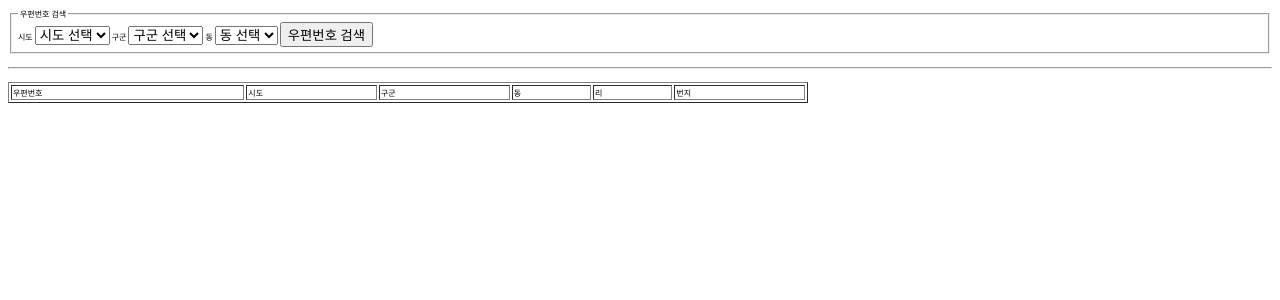
Repository: KYJIN1024/kic_jquery
Page: http://localhost/jQueryUIEx03/zipcode02.jsp
An editor plug-in stored every save of this project. The page is shown before and after the next save, followed by the edit.
The browser window is 1280 px wide. The pictures show the whole page.
Pictures or frames that could not be fetched are drawn as grey boxes. The page is served by Tomcat 9. Other server files are loaded and not shown.

Above is the page before, as saved 2023-05-17 05:41:18.

### jQueryUIEx03/src/main/webapp/zipcode02.jsp
<%@ page language="java" contentType="text/html; charset=UTF-8"
    pageEncoding="UTF-8"%>
<!DOCTYPE html>
<html>
<head>
<meta charset="UTF-8">
<title></title>
<link rel="stylesheet" href="./css/base/jquery-ui.css" />
<style>
	/* 사용자 스타일 */
	body { font-size: 50%; }
</style>

<script src="./js/jquery-3.7.0.js"> </script>
<script src="./js/jquery-ui.js"> </script>
<script>
	$( document ).ready( function(){

	});
</script>
</head>
<body>

<fieldset>
	<legend> 우편번호 검색 </legend>
	<label for="sido">시도</label>
	<select id="sido">
		<option disabled="disabled" selected="selected">시도 선택</option>
	</select>
	<label for="gugun">구군</label>
	<select id="gugun">
		<option disabled="disabled" selected="selected">구군 선택</option>
	</select>
	<label for="dong">동</label>
	<select id="dong">
		<option disabled="disabled" selected="selected">동 선택</option>
	</select>
	<button id="btn">우편번호 검색</button>
</fieldset>
<br /><hr /><br />
<div id="result">
<table border="1" width="800">
<tr>
	<td>우편번호</td>
	<td>시도</td>
	<td>구군</td>
	<td>동</td>
	<td>리</td>
	<td>번지</td>
</tr>
</table>
</div>

</body>
</html>

Loaded but not shown: jQueryUIEx03/src/main/webapp/css/base/jquery-ui.css (library); jQueryUIEx03/src/main/webapp/js/jquery-3.7.0.js (library); jQueryUIEx03/src/main/webapp/js/jquery-ui.js (library)

After the next save:
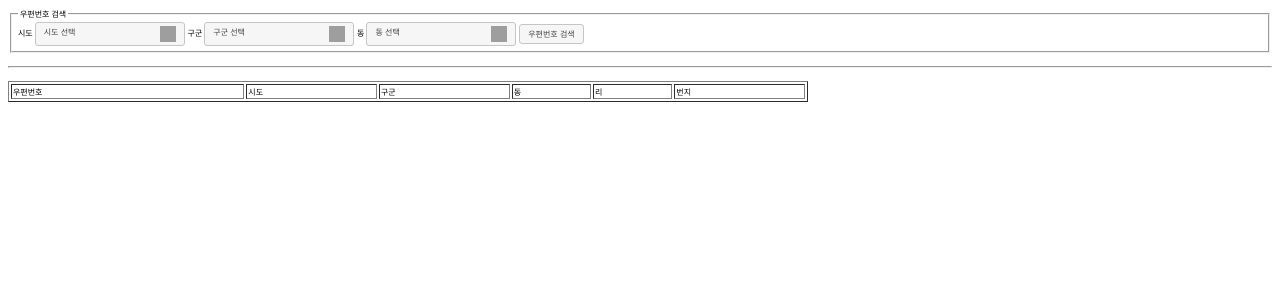
Saved 96 s later.
--- a/jQueryUIEx03/src/main/webapp/zipcode02.jsp
+++ b/jQueryUIEx03/src/main/webapp/zipcode02.jsp
@@ -15,7 +15,10 @@
 <script src="./js/jquery-ui.js"> </script>
 <script>
 	$( document ).ready( function(){
-
+		$('#sido, #gugun, #dong').selectmenu({
+			width: 150
+		});
+	$('#btn').button();
 	});
 </script>
 </head>
